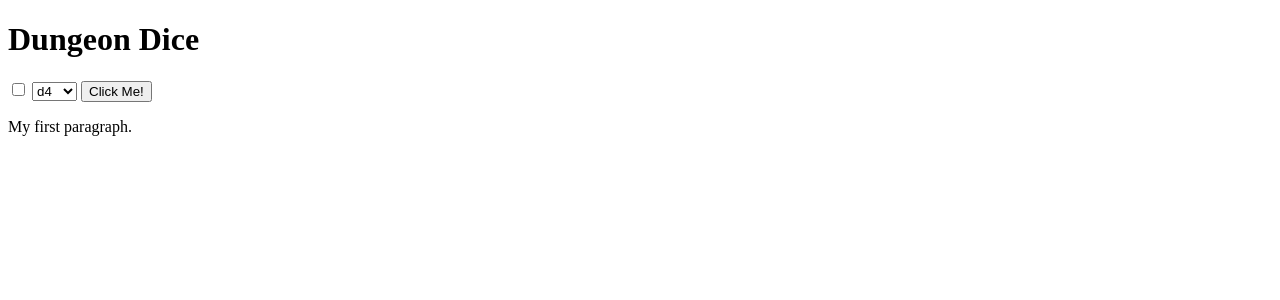
Repository: NikoKapferRupp/js-tutorial
Page: launch_excercises/for_fun/dungeon_dice.html
The author's editor kept a record of every edit. The page is drawn from the files as they stood at one moment, then again after the next edit.
The browser window is 1280 px wide. The pictures show the whole page.

Above is the page before.

After the next edit:
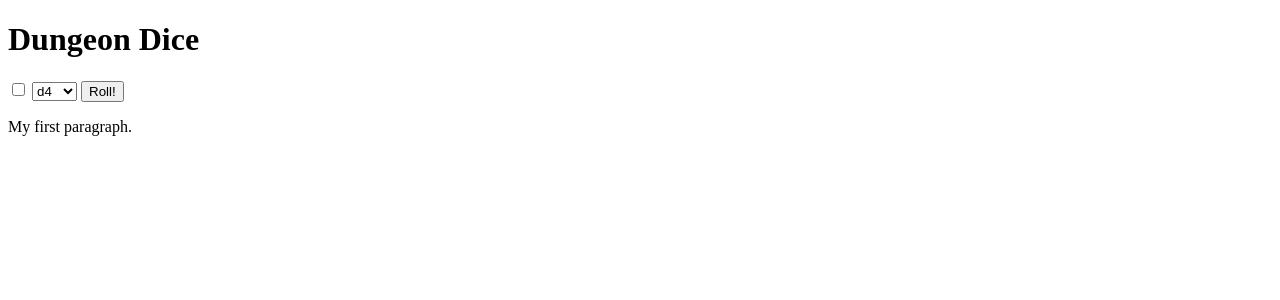
The edit:
--- a/launch_excercises/for_fun/dungeon_dice.html
+++ b/launch_excercises/for_fun/dungeon_dice.html
@@ -13,8 +13,7 @@
         <option value="d10">d10</option>
         <option value="d20">d20</option>
         </select>
-    <button type="button">Click Me!</button>
-
+    <button type="button" onclick= "rollDice()" >Roll!</button>
     <p>My first paragraph.</p>
 
 </body>
